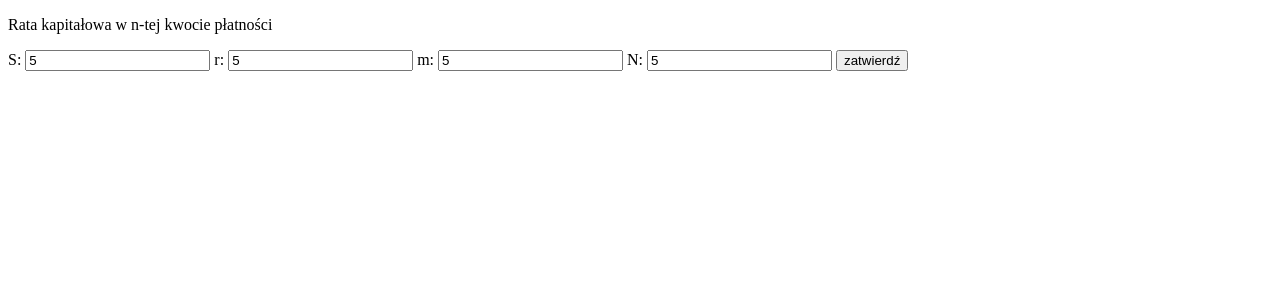
Repository: ravkita/MFCalc
Page: index.html
An editor plug-in stored every save of this project. The page is shown before and after the next save, followed by the edit.
The browser window is 1280 px wide. The pictures show the whole page.
Empty fields were first filled with sample values (such as "Sample", 5 or name@example.com).
After loading, the first visible `#confirm` was clicked once.

Above is the page before, as saved 2021-04-12 16:51:23.
Console error: TypeError: Failed to execute 'appendChild' on 'Node': parameter 1 is not of type 'Node'.

### index.html
<!DOCTYPE html>
<html lang="en">
<head>
    <meta charset="UTF-8">
    <meta http-equiv="X-UA-Compatible" content="IE=edge">
    <meta name="viewport" content="width=device-width, initial-scale=1.0">
    <title>Kalkulator</title>
</head>
<body>
    <p class="title">Rata kapitałowa w n-tej kwocie płatności </p>
    <form action="" id="rata">
        <label for="S">S:</label> <input type="number" name="S" class="s">
        <label for="r">r:</label> <input type="number" name="r" class="r">
        <label for="m">m:</label> <input type="number" name="m" class="m">
        <label for="N">N:</label> <input type="number" name="N" class="N">
        <input type="button" name="confirm" id="confirm" value="zatwierdź">
    </form>
    <div class="result">

    </div>
    <script type="text/javascript">
        function rata(){
            document.getElementById('confirm').addEventListener('click', (e) =>{
                let s = document.querySelector('.s').value;
                let r = document.querySelector('.r').value;
                let m = document.querySelector('.m').value;
                let N = document.querySelector('.N').value;

                let q = 1+(r/m);

                for(let i = 1; i<=N; i++){
                    let t = s*((Math.pow(q, i) - 1)/(Math.pow(q, m*N) - 1));
                    document.querySelector('.result').appendChild("<p>test<p>");
                }


            });
        }
        rata();
    </script>
</body>
</html>

After the next save:
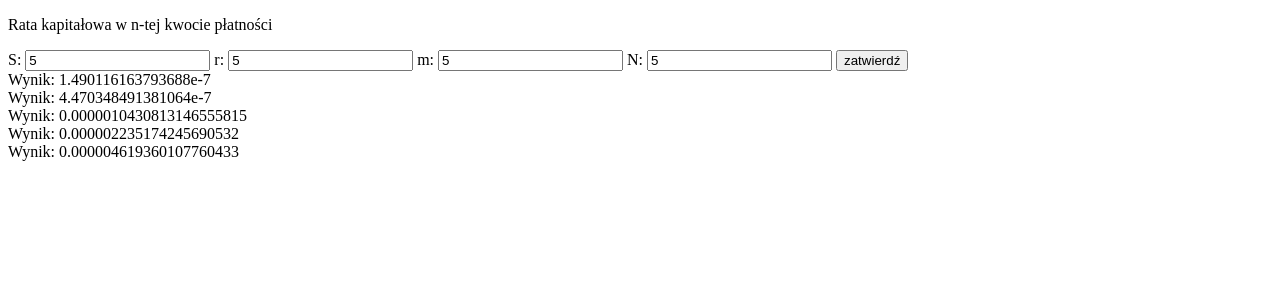
The error is gone.
Saved 3 min 39 s later.
--- a/index.html
+++ b/index.html
@@ -29,8 +29,10 @@
                 let q = 1+(r/m);
 
                 for(let i = 1; i<=N; i++){
+                    const el = document.createElement("div");
                     let t = s*((Math.pow(q, i) - 1)/(Math.pow(q, m*N) - 1));
-                    document.querySelector('.result').appendChild("<p>test<p>");
+                    el.innerText = `Wynik: ${t}`;
+                    document.querySelector('.result').appendChild(el);
                 }
 
 
